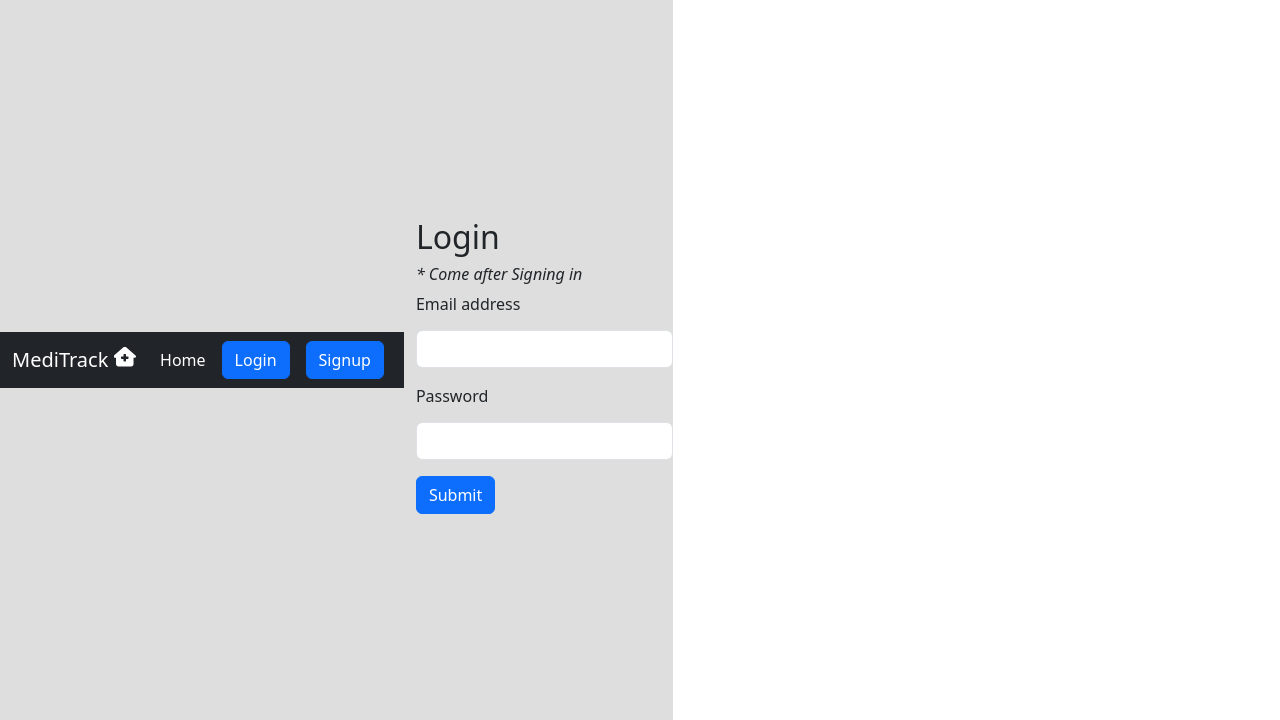
Repository: rahul-chakradhari/PillWise
Page: /login (app in frontend/)
The author's editor kept a copy of each file at every save. The page is drawn from the files as they stood at one save, then again after the next save.
The browser window is 1280 px wide. The pictures show the whole page.
The project was rebuilt for these pictures with package versions that can differ from the ones it lists, and the page was loaded fresh each time. Also part of the build but not shown: frontend/vite.config.js, frontend/src/components/Home.jsx, frontend/src/components/History.jsx, frontend/src/components/Remainder.jsx, frontend/src/components/Doctors.jsx, frontend/src/components/Healthy.jsx, frontend/src/components/Prescription.jsx, frontend/src/components/Signup.jsx.

Above is the page before, as saved 2025-03-10 14:41:27.

After the next save:
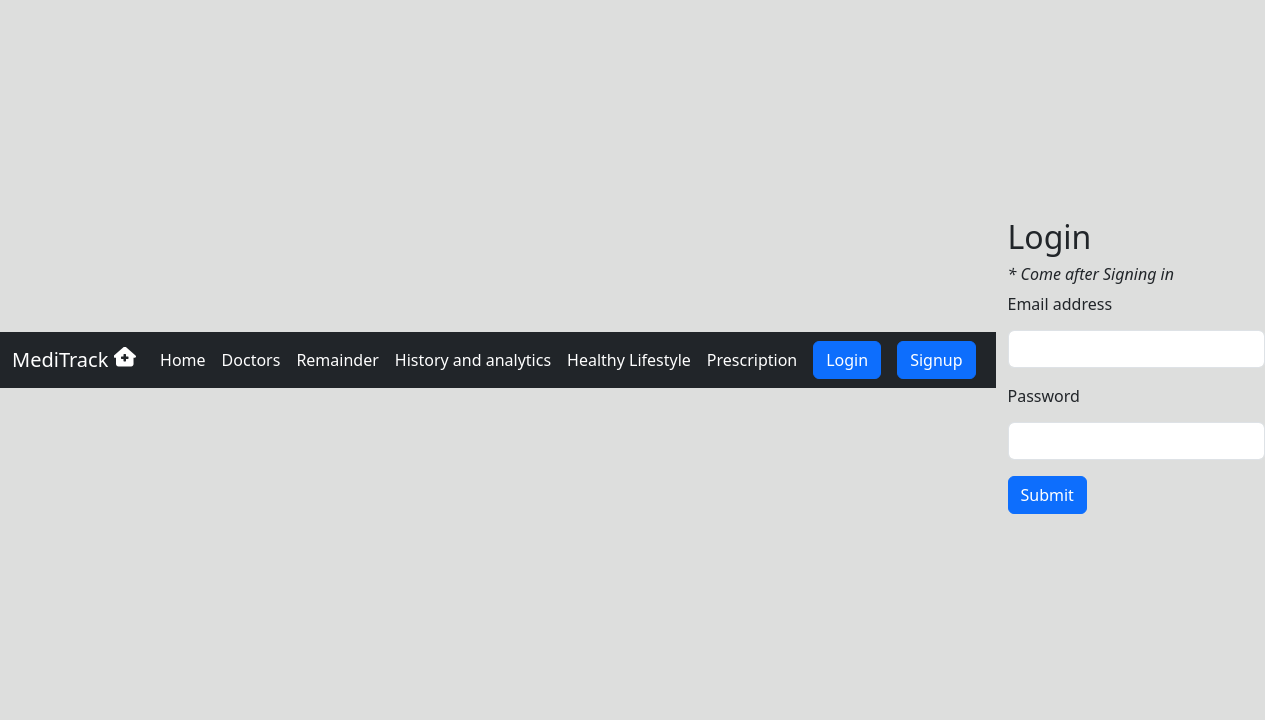
Saved 4 s later.
--- a/frontend/src/components/Navbar.jsx
+++ b/frontend/src/components/Navbar.jsx
@@ -1,22 +1,13 @@
 import React from "react";
-import { Link, useNavigate } from "react-router-dom";
-
+import { Link } from "react-router-dom";
 const Navbar = () => {
-  const navigate = useNavigate();
   const isLoggedin = localStorage.getItem("auth-token");
-
-  // Logout Function
-  const handleLogout = () => {
-    localStorage.removeItem("auth-token");
-    navigate("/"); // Redirect to Home after logout
-  };
-
   return (
     <div>
       <nav className="navbar navbar-expand-lg navbar-dark bg-dark">
         <div className="container-fluid">
-          <Link className="navbar-brand" to="/">
-            MediTrack <i className="fa-solid fa-house-medical"></i>
+          <Link className="navbar-brand" to="#">
+            MediTrack <i className="fa-solid fa-house-medical"></i>{" "}
           </Link>
           <button
             className="navbar-toggler"
@@ -32,63 +23,72 @@ const Navbar = () => {
           <div className="collapse navbar-collapse" id="navbarSupportedContent">
             <ul className="navbar-nav me-auto mb-2 mb-lg-0">
               <li className="nav-item">
-                <Link className="nav-link active" to="/">
+                <Link className="nav-link active" aria-current="page" to="/">
                   Home
                 </Link>
               </li>
 
-              {/* Agar logged in hai to sare features dikhao */}
+              <li className="nav-item">
+                <Link
+                  className="nav-link active"
+                  aria-current="page"
+                  to="/doctors"
+                >
+                  Doctors
+                </Link>
+              </li>
+              <li className="nav-item">
+                <Link
+                  className="nav-link active"
+                  aria-current="page"
+                  to="/remainder"
+                >
+                  Remainder
+                </Link>
+              </li>
+              <li className="nav-item">
+                <Link
+                  className="nav-link active"
+                  aria-current="page"
+                  to="/history"
+                >
+                  History and analytics
+                </Link>
+              </li>
+              <li className="nav-item">
+                <Link
+                  className="nav-link active"
+                  aria-current="page"
+                  to="/healthy"
+                >
+                  Healthy Lifestyle
+                </Link>
+              </li>
+              <li className="nav-item">
+                <Link
+                  className="nav-link active"
+                  aria-current="page"
+                  to="/prescription"
+                >
+                  Prescription
+                </Link>
+              </li>
+
+              {/*"Contribute" tab sirf logged-in users ke liye */}
               {isLoggedin && (
-                <>
-                  <li className="nav-item">
-                    <Link className="nav-link active" to="/doctors">
-                      Doctors
-                    </Link>
-                  </li>
-                  <li className="nav-item">
-                    <Link className="nav-link active" to="/remainder">
-                      Remainder
-                    </Link>
-                  </li>
-                  <li className="nav-item">
-                    <Link className="nav-link active" to="/history">
-                      History & Analytics
-                    </Link>
-                  </li>
-                  <li className="nav-item">
-                    <Link className="nav-link active" to="/healthy">
-                      Healthy Lifestyle
-                    </Link>
-                  </li>
-                  <li className="nav-item">
-                    <Link className="nav-link active" to="/prescription">
-                      Prescription
-                    </Link>
-                  </li>
-                  <li className="nav-item">
-                    <Link className="nav-link active" to="/contribute">
-                      Contribute
-                    </Link>
-                  </li>
-                </>
+                <li>
+                  <Link className="nav-link-active" to="/contribute">
+                    Contribute
+                  </Link>
+                </li>
               )}
             </ul>
-
-            {/* Agar logged in hai to Logout button dikhao */}
-            {isLoggedin ? (
-              <button className="btn btn-danger mx-2" onClick={handleLogout}>
-                Logout
-              </button>
-            ) : (
-              <>
-                <Link to="/login" className="btn btn-primary mx-2">
-                  Login
-                </Link>
-                <Link to="/signup" className="btn btn-primary mx-2">
-                  Signup
-                </Link>
-              </>
-            )}
+            <Link to="/login" className="btn btn-primary mx-2">
+              Login
+            </Link>
+            <Link to="/signup" className="btn btn-primary mx-2">
+              Signup
+            </Link>
           </div>
         </div>
       </nav>
